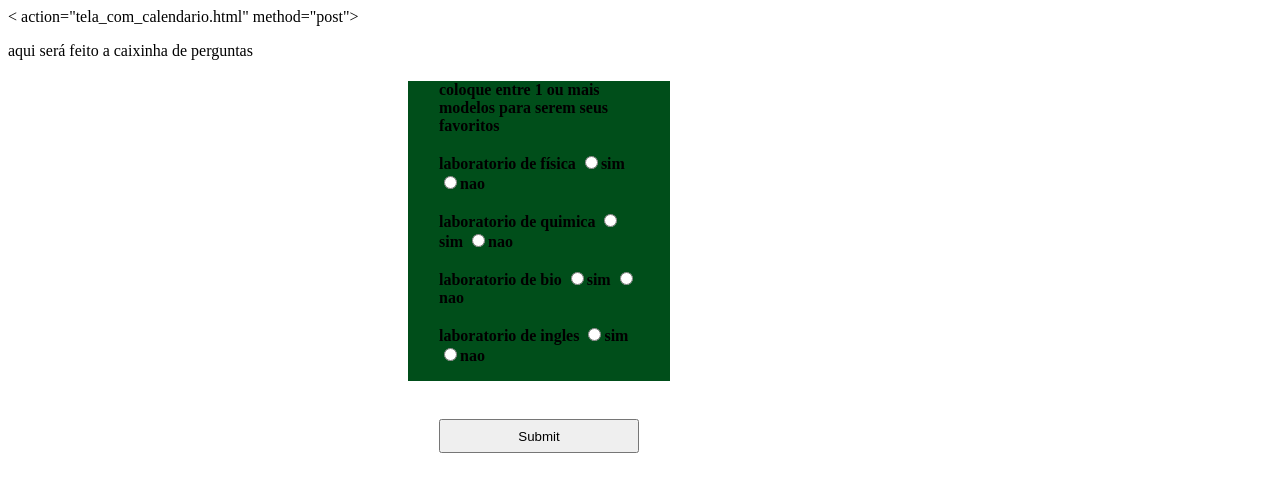
Repository: Melancia06/agenda
Page: tela_inicial.html
These files come from the project's save history. The page is drawn as it stood at one moment and after the next save; the edit follows.
The browser window is 1280 px wide. The pictures show the whole page.

Above is the page before, as saved 2024-08-16 23:39:20.

### tela_inicial.html
<!DOCTYPE html>
<html lang="en">
<head>
    <meta charset="UTF-8">
    <meta name="viewport" content="width=device-width, initial-scale=1.0">
    <link rel="stylesheet" href="css/css_inicial.css">
    <title>Document</title>
</head>
<body>
     < action="tela_com_calendario.html" method="post">
    <p>aqui será feito a caixinha de perguntas
        <div class="campo_favorito">
        <h4 class="man">coloque entre 1 ou mais modelos para serem seus favoritos
            <br></br>
            <label>laboratorio de física
                <input type="radio" required name="fisica" id="fisica">sim
                <input type="radio" required name="fisica" id="fisica">nao
            </label>
            <br></br>
            <label>laboratorio de quimica
                <input type="radio" required name="quimica" id="quimica">sim
                <input type="radio" required name="quimica" id="quimica">nao
            </label>
            <br></br>
            <label>laboratorio de bio
                <input type="radio" required name="biologia" >sim
                <input type="radio" required name="biologia" >nao
            </label>
            <br></br>
            <label>laboratorio de ingles
                <input type="radio" required name="ingles" >sim
                <input type="radio" required name="ingles" >nao
            </label>
            <br></br>
            <br></br>
            <input class="input"type="submit" values="enviar" >
        </h4>
    </div>
    </p>
</body>
</html>

### css/css_inicial.css
.campo_favorito{
    background-color:rgb(0, 78, 26);
    width: 200px;
    height: 300px;
    position: relative;
   left: 400px;
   padding-left: 31px !important;
   padding-right: 31px !important;
}
.input{
    left: 19px;
    width: 200px;
    height: 34px;

}

After the next save:
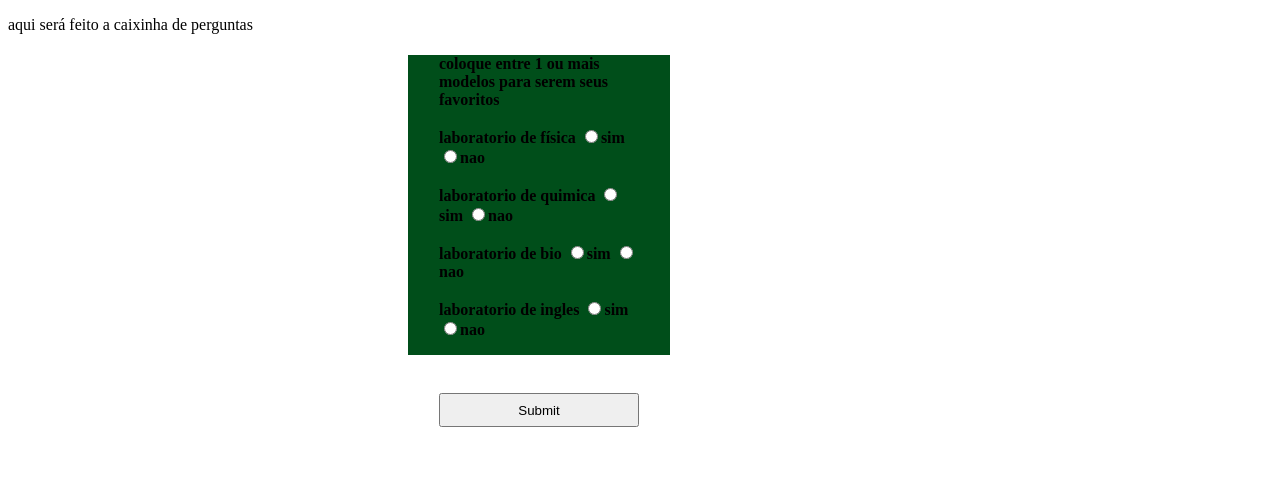
Saved 75 s later.
--- a/tela_inicial.html
+++ b/tela_inicial.html
@@ -7,7 +7,7 @@
     <title>Document</title>
 </head>
 <body>
-     < action="tela_com_calendario.html" method="post">
+     <form action="tela_com_calendario.html" method="post">
     <p>aqui será feito a caixinha de perguntas
         <div class="campo_favorito">
         <h4 class="man">coloque entre 1 ou mais modelos para serem seus favoritos
